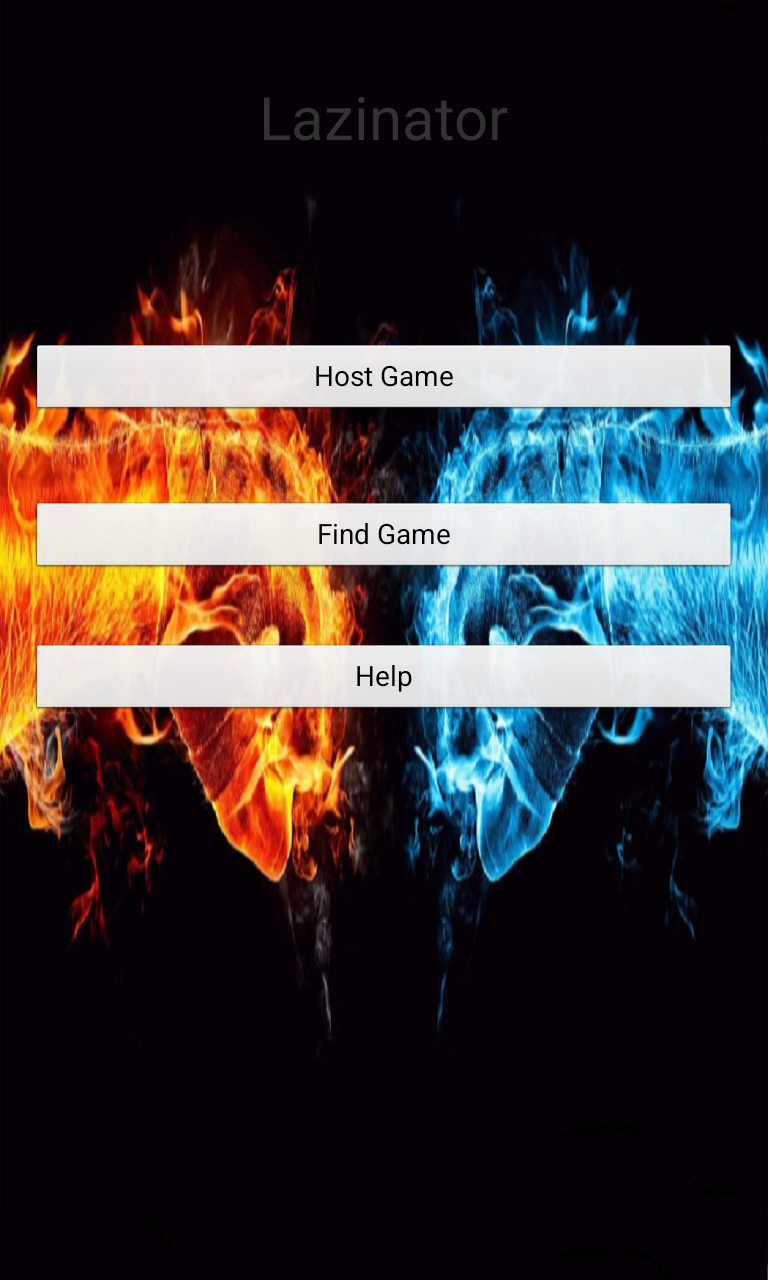
Repository: mfischetti/LaserAppRepository
Layout: workspace/Laser/res/layout/activity_main.xml
An editor plug-in stored every save of this project. The layout is shown before and after the next save, followed by the edit.
It is drawn on a 768 x 1280 px phone screen (xhdpi) without system bars, with theme AppTheme; the app's code is not run.

Above is the layout before, as saved 2013-10-01 04:22:57.

After the next save:
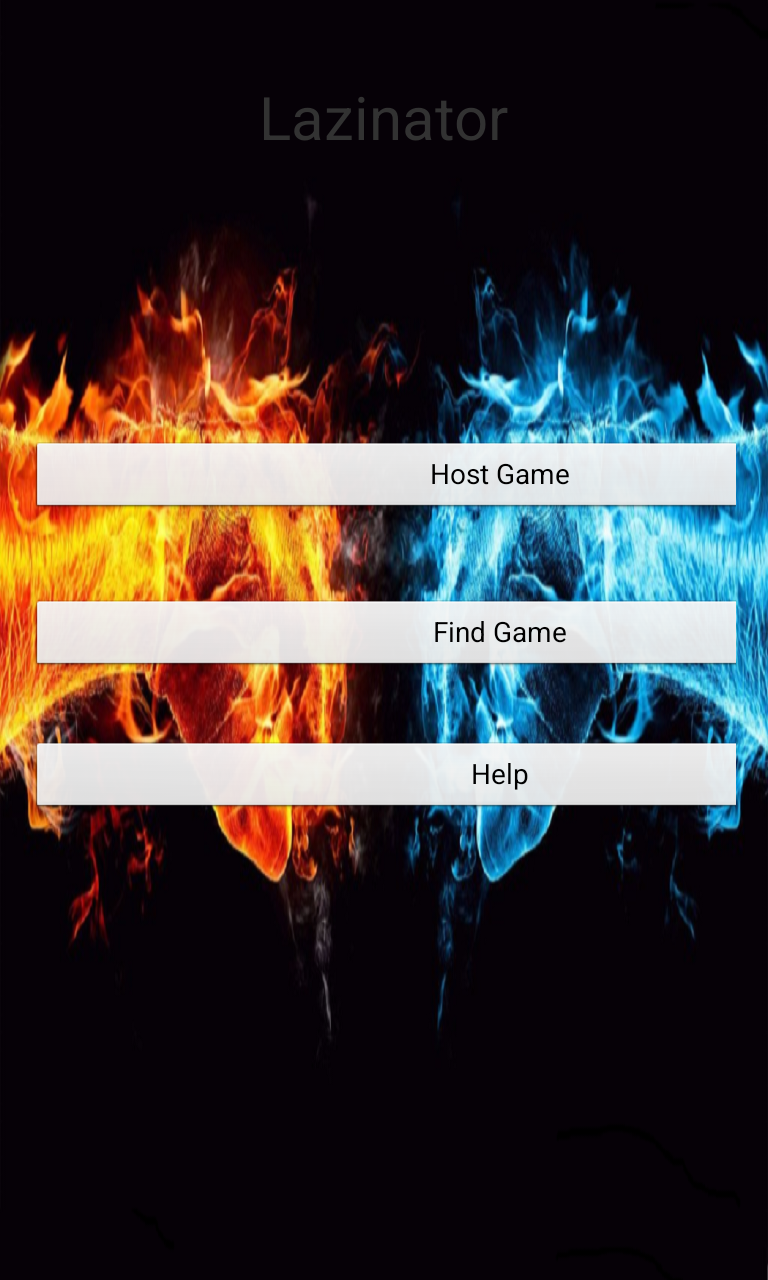
Saved 3 min 3 s later.
--- a/workspace/Laser/res/layout/activity_main.xml
+++ b/workspace/Laser/res/layout/activity_main.xml
@@ -28,43 +28,36 @@
         android:layout_marginTop="27dp" >
 
         <LinearLayout
-            android:layout_width="match_parent"
-            android:layout_height="match_parent"
+            android:id="@+id/linearLayout1"
+            android:layout_width="468dp"
+            android:layout_height="144dp"
             android:orientation="vertical" >
+
+            <Button
+                android:id="@+id/host"
+                style="?android:attr/buttonStyleSmall"
+                android:layout_width="match_parent"
+                android:layout_height="wrap_content"
+                android:layout_marginTop="156dp"
+                android:text="Host Game" />
+
+            <Button
+                android:id="@+id/find"
+                style="?android:attr/buttonStyleSmall"
+                android:layout_width="match_parent"
+                android:layout_height="wrap_content"
+                android:layout_marginTop="43dp"
+                android:text="Find Game" />
+
+            <Button
+                android:id="@+id/help"
+                style="?android:attr/buttonStyleSmall"
+                android:layout_width="match_parent"
+                android:layout_height="wrap_content"
+                android:layout_marginTop="35dp"
+                android:text="Help" />
         </LinearLayout>
+
     </ScrollView>
 
-    <LinearLayout
-        android:id="@+id/linearLayout1"
-        android:layout_width="match_parent"
-        android:layout_height="wrap_content"
-        android:layout_alignParentLeft="true"
-        android:layout_alignParentTop="true"
-        android:orientation="vertical" >
-
-        <Button
-            android:id="@+id/host"
-            style="?android:attr/buttonStyleSmall"
-            android:layout_width="match_parent"
-            android:layout_height="wrap_content"
-            android:layout_marginTop="156dp"
-            android:text="Host Game" />
-
-        <Button
-            android:id="@+id/find"
-            style="?android:attr/buttonStyleSmall"
-            android:layout_width="match_parent"
-            android:layout_height="wrap_content"
-            android:layout_marginTop="43dp"
-            android:text="Find Game" />
-
-        <Button
-            android:id="@+id/help"
-            style="?android:attr/buttonStyleSmall"
-            android:layout_width="match_parent"
-            android:layout_height="wrap_content"
-            android:layout_marginTop="35dp"
-            android:text="Help" />
-    </LinearLayout>
-
 </RelativeLayout>
